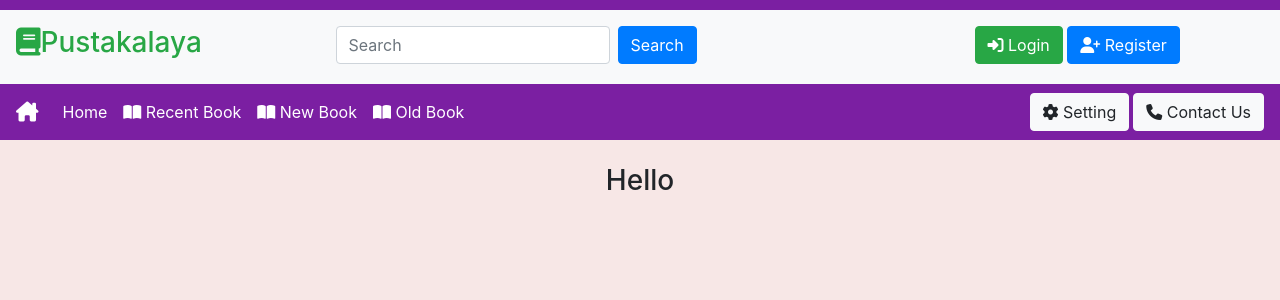
Repository: kalaprabhakar/Pustakalay_Web_Application
Page: http://localhost/E_Book_Management/setting.jsp
The author's editor kept a copy of each file at every save. The page is drawn from the files as they stood at one save, then again after the next save.
The browser window is 1280 px wide. The pictures show the whole page.
Some web libraries are served in a nearby version. The page is served by Tomcat 10. Other server files are loaded and not shown.

Above is the page before, as saved 2024-02-28 13:31:16.

### E_Book_Management/src/main/webapp/setting.jsp
<%@ page language="java" contentType="text/html; charset=ISO-8859-1"
	pageEncoding="ISO-8859-1"%>
<!DOCTYPE html>
<html>
<head>
<meta charset="ISO-8859-1">
<title>Setting Page</title>
<%@ include file="all_component/allcss.jsp"%>
</head>
<body style="background-color: #f7e7e6">
	<%@ include file="all_component/navbar.jsp"%>
	<div class="container py-4">
	<div class="row">

	<div class="col-md-12 text-center">
	<h3>Hello ${userobj.name }</h3>

	</div>

	</div>

	</div>


</body>
</html>

### E_Book_Management/src/main/webapp/all_component/allcss.jsp
<link rel="stylesheet"
	href="https://cdn.jsdelivr.net/npm/bootstrap@4.0.0/dist/css/bootstrap.min.css"
	integrity="sha384-Gn5384xqQ1aoWXA+058RXPxPg6fy4IWvTNh0E263XmFcJlSAwiGgFAW/dAiS6JXm"
	crossorigin="anonymous">

<script src="https://code.jquery.com/jquery-3.2.1.slim.min.js"
	integrity="sha384-KJ3o2DKtIkvYIK3UENzmM7KCkRr/rE9/Qpg6aAZGJwFDMVNA/GpGFF93hXpG5KkN"
	crossorigin="anonymous"></script>
<script
	src="https://cdn.jsdelivr.net/npm/popper.js@1.12.9/dist/umd/popper.min.js"
	integrity="sha384-ApNbgh9B+Y1QKtv3Rn7W3mgPxhU9K/ScQsAP7hUibX39j7fakFPskvXusvfa0b4Q"
	crossorigin="anonymous"></script>
<script
	src="https://cdn.jsdelivr.net/npm/bootstrap@4.0.0/dist/js/bootstrap.min.js"
	integrity="sha384-JZR6Spejh4U02d8jOt6vLEHfe/JQGiRRSQQxSfFWpi1MquVdAyjUar5+76PVCmYl"
	crossorigin="anonymous"></script>
<link rel="stylesheet"
	href="https://cdnjs.cloudflare.com/ajax/libs/font-awesome/6.5.1/css/all.min.css"
	integrity="sha512-DTOQO9RWCH3ppGqcWaEA1BIZOC6xxalwEsw9c2QQeAIftl+Vegovlnee1c9QX4TctnWMn13TZye+giMm8e2LwA=="
	crossorigin="anonymous" referrerpolicy="no-referrer" />

	<link  rel="stylesheet" href="all_component/style.css"/>

### E_Book_Management/src/main/webapp/all_component/navbar.jsp
<%@ taglib prefix="c" uri="http://java.sun.com/jsp/jstl/core"%>
<%@ page isELIgnored="false" %>

<div class="container-fluid" style="height : 10px ; background-color:  #7B1FA2 "></div>

<div class="container-fluid p-3 bg-light">
 <div class="row">
     <div class="col-md-3 text-success">
        <h3 > <i class="fa-solid fa-book"></i>Pustakalaya</h3>
     </div>
    <div class="col-md-6">
       <form class="form-inline my-2 my-lg-0">
      <input class="form-control mr-sm-2" type="search" placeholder="Search" aria-label="Search">
      <button class="btn btn-primary my-2 my-sm-0" type="submit">Search</button>
    </form>

    </div>
    <c:if test="${not empty userobj }">
    <div class="col-md-3">

    <a href="checkout.jsp" class="btn btn-ligh"><i class="fa-solid fa-cart-shopping  "></i></a>

      <a href="" class="btn btn-success"><i class="fa-solid fa-user-plus"></i>${userobj.name }</a>
      <a href="logout" class="btn btn-primary"><i class="fa-solid fa-right-to-bracket"></i> Logout</a>

    </div>

    </c:if>

    <c:if test="${ empty userobj }">
    <div class="col-md-3">
      <a href="login.jsp" class="btn btn-success"><i class="fa-solid fa-right-to-bracket"></i> Login</a>
      <a href="register.jsp" class="btn btn-primary"><i class="fa-solid fa-user-plus"></i> Register</a>

    </div>

    </c:if>

 </div>


</div>

<nav class="navbar navbar-expand-lg navbar-dark bg-custom">
  <a class="navbar-brand" href="#"><i class="fa-solid fa-house-chimney"></i></a>
  <button class="navbar-toggler" type="button" data-toggle="collapse" data-target="#navbarSupportedContent" aria-controls="navbarSupportedContent" aria-expanded="false" aria-label="Toggle navigation">
    <span class="navbar-toggler-icon"></span>
  </button>

  <div class="collapse navbar-collapse" id="navbarSupportedContent">
    <ul class="navbar-nav mr-auto">
      <li class="nav-item active">
        <a class="nav-link" href="index.jsp">Home <span class="sr-only">(current)</span></a>
      </li>
      <li class="nav-item active">
        <a class="nav-link" href="all_recent_book.jsp"> <i class="fa-solid fa-book-open"></i> Recent Book</a>
      </li>
      <li class="nav-item active">
        <a class="nav-link" href="all_new_book.jsp"> <i class="fa-solid fa-book-open"></i> New Book</a>
      </li>

      </li>
      <li class="nav-item active">
        <a class="nav-link disabled" href="all_old_book.jsp"> <i class="fa-solid fa-book-open"></i> Old Book</a>
      </li>
    </ul>
    <form class="form-inline my-2 my-lg-0">
      <a href="setting.jsp" class="btn btn-light my-2 my-sm-0" type="submit"><i class="fa-solid fa-gear"></i> Setting</a>
      <button class="btn btn-light my-2 my-sm-0 ml-1" type="submit"><i class="fa-solid fa-phone"></i> Contact Us</button>
    </form>
  </div>
</nav>

### E_Book_Management/src/main/webapp/all_component/style.css
.bg-custom {
	background-color : #7B1FA2 ;
}

.navbar .nav-item:hover .nav-link{

	background-color: white;
	color : black;
	border-radius : 20px ;
}

After the next save:
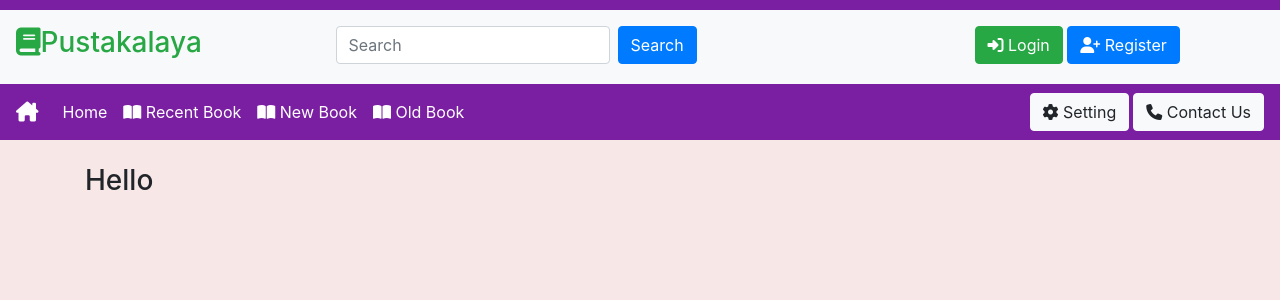
Saved 112 s later.
--- a/E_Book_Management/src/main/webapp/setting.jsp
+++ b/E_Book_Management/src/main/webapp/setting.jsp
@@ -10,10 +10,11 @@
 <body style="background-color: #f7e7e6">
 	<%@ include file="all_component/navbar.jsp"%>
 	<div class="container py-4">
+	<h3>Hello ${userobj.name }</h3>
 	<div class="row">
 
 	<div class="col-md-12 text-center">
-	<h3>Hello ${userobj.name }</h3>
+
 
 	</div>
 

After the save that followed:
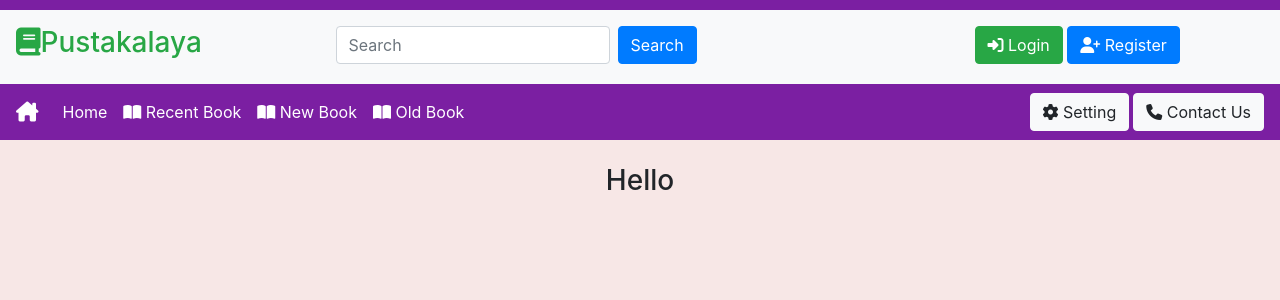
Saved 17 s later.
--- a/E_Book_Management/src/main/webapp/setting.jsp
+++ b/E_Book_Management/src/main/webapp/setting.jsp
@@ -9,11 +9,11 @@
 </head>
 <body style="background-color: #f7e7e6">
 	<%@ include file="all_component/navbar.jsp"%>
-	<div class="container py-4">
+	<div class="container py-4 text-center">
 	<h3>Hello ${userobj.name }</h3>
 	<div class="row">
 
-	<div class="col-md-12 text-center">
+	<div class="col-md-12 ">
 
 
 	</div>
